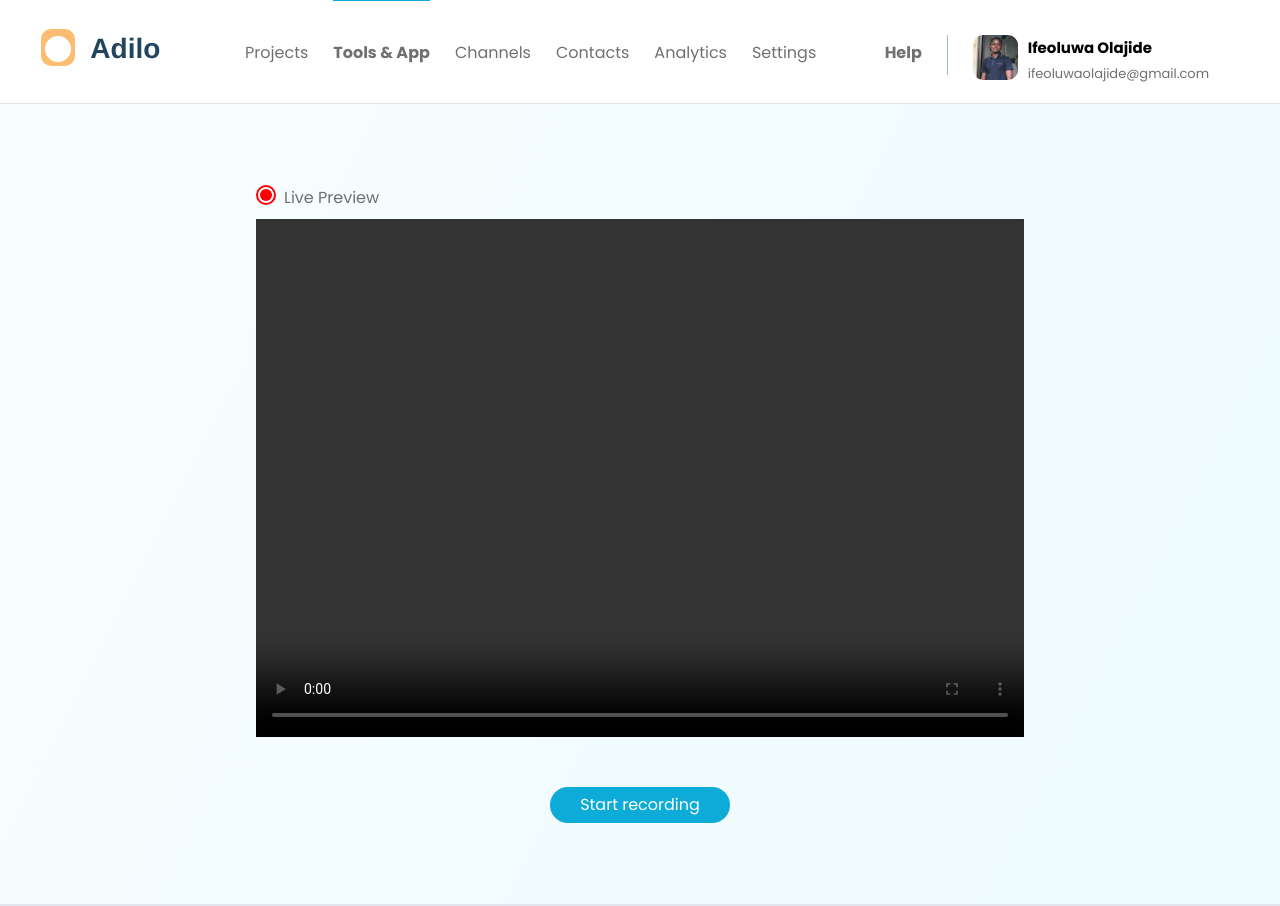
Repository: olhighjay/video_recorder
Page: /
The author's editor kept a copy of each file at every save. The page is drawn from the files as they stood at one save, then again after the next save.
The browser window is 1280 px wide. The pictures show the whole page.
Some web libraries are served in a nearby version. The project was rebuilt for these pictures with package versions that can differ from the ones it lists, and the page was loaded fresh each time. Also part of the build but not shown: vue.config.js, src/components/DataTable.vue, src/components/EmptyRecorded.vue.

Above is the page before, as saved 2022-07-29 12:51:32.

After the next save:
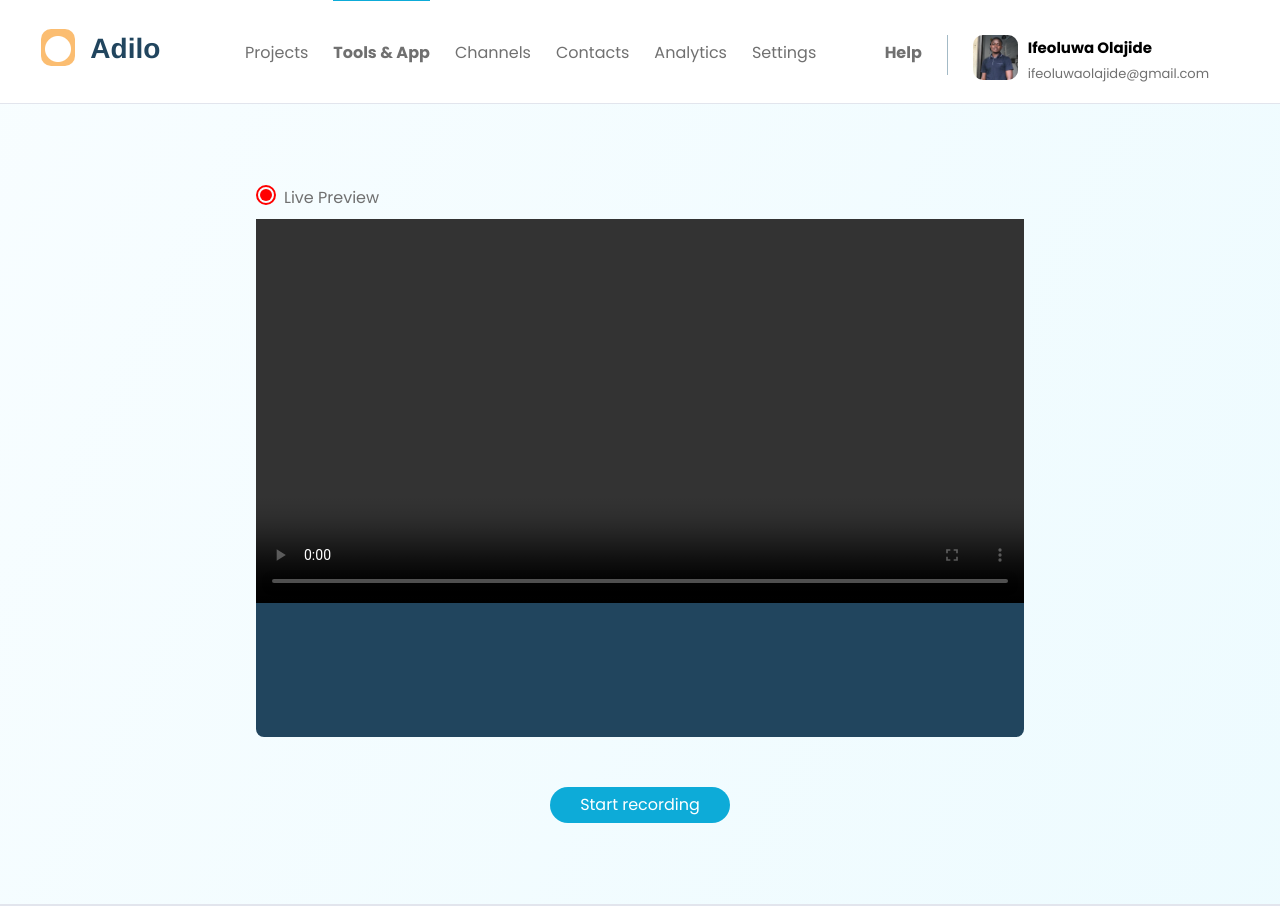
Saved 53 s later.
--- a/src/App.vue
+++ b/src/App.vue
@@ -111,8 +111,10 @@
           <div class="ml-2">Live Preview</div>
         </div>
         <div class="view-frame">
-          <video v-if="recorded" controls muted id="my-video-feedback" class=" bg-black w-full h-auto"></video>
-          <video v-else id="my-recorded-video" controls class="recorded-video bg-black w-full h-auto"></video>
+          <div>
+            <video v-if="recorded" controls muted id="my-video-feedback" class=" bg-black w-full h-auto"></video>
+            <video v-else id="my-recorded-video" controls class="recorded-video bg-black w-full h-auto"></video>
+          </div>
         </div>
         <div class="text-center start-recording-wrapper">
           <button class="start-recording">Start recording</button>

After the save that followed:
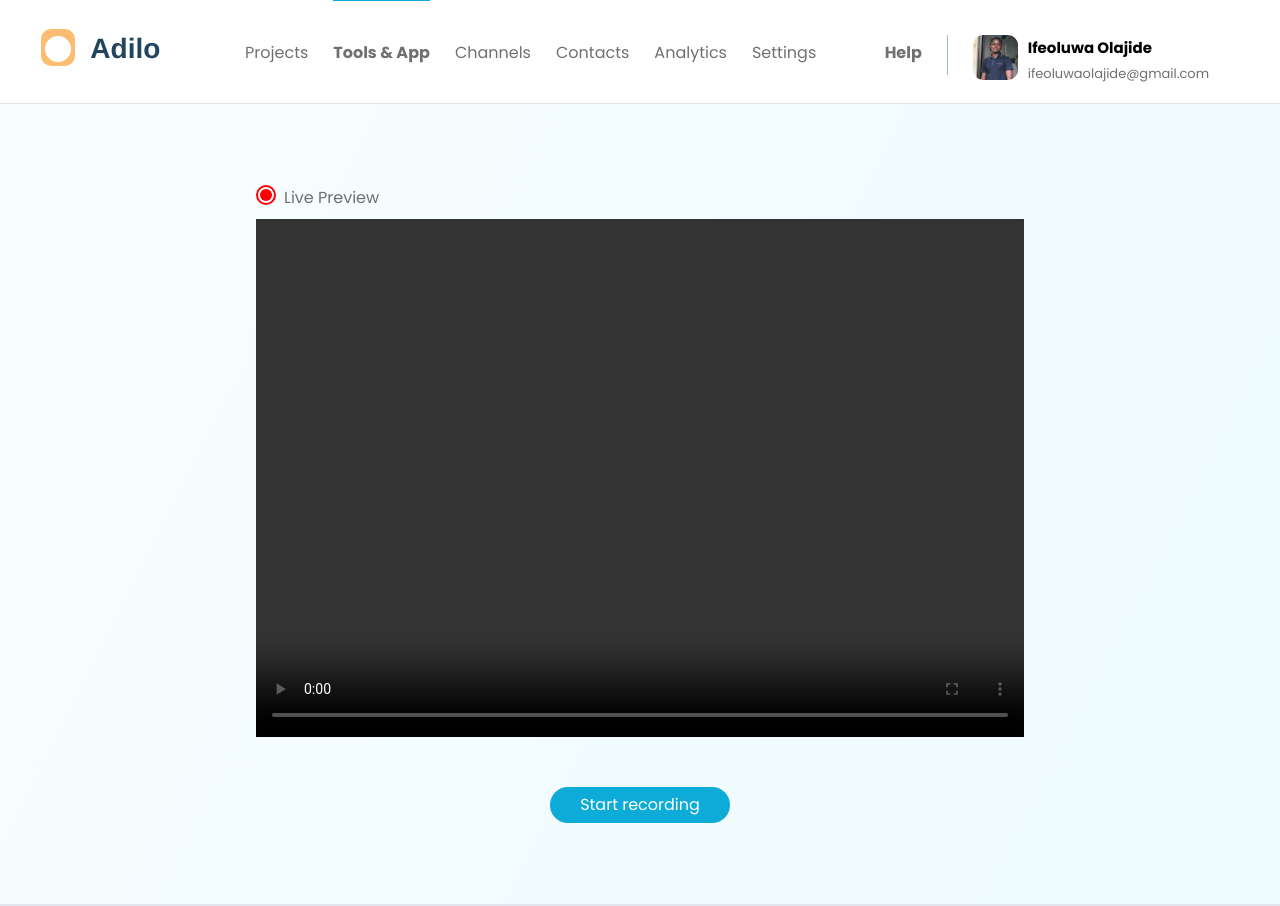
Saved 47 s later.
--- a/src/App.vue
+++ b/src/App.vue
@@ -111,7 +111,7 @@
           <div class="ml-2">Live Preview</div>
         </div>
         <div class="view-frame">
-          <div>
+          <div style="height:100%">
             <video v-if="recorded" controls muted id="my-video-feedback" class=" bg-black w-full h-auto"></video>
             <video v-else id="my-recorded-video" controls class="recorded-video bg-black w-full h-auto"></video>
           </div>
